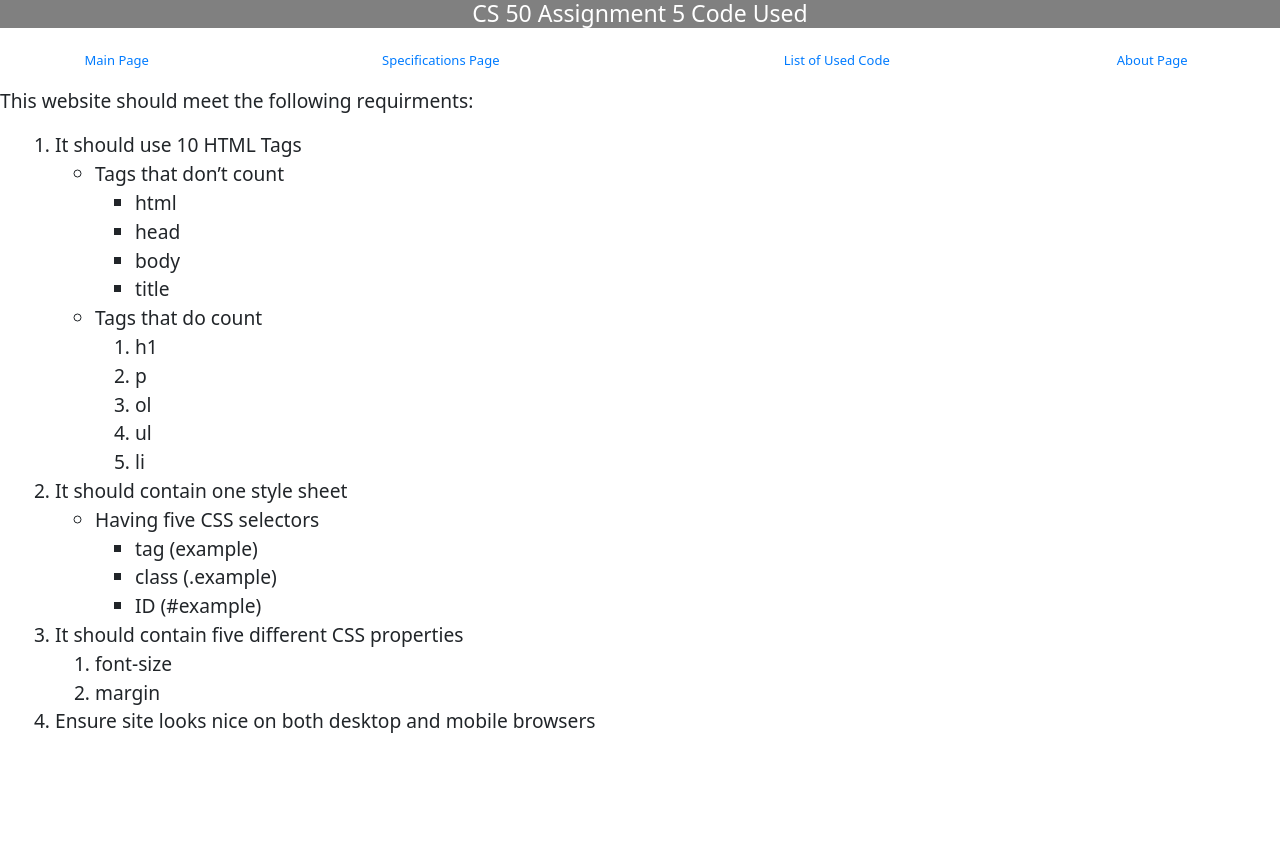
Repository: RSchwinn/cs50
Page: workspace/pset5/homepage/add.html
The author's editor kept a record of every edit. The page is drawn from the files as they stood at one moment, then again after the next edit.
The browser window is 1280 px wide. The pictures show the whole page.

Above is the page before.

### workspace/pset5/homepage/add.html
<!DOCTYPE html>

<html lang="en">
    <head>
        <!-- Required meta tags -->
        <meta charset="utf-8">
        <meta name="viewport" content="width=device-width, initial-scale=1, shrink-to-fit=no">

        <!-- Bootstrap CSS -->
        <link rel="stylesheet" href="https://stackpath.bootstrapcdn.com/bootstrap/4.1.3/css/bootstrap.min.css" integrity="sha384-MCw98/SFnGE8fJT3GXwEOngsV7Zt27NXFoaoApmYm81iuXoPkFOJwJ8ERdknLPMO" crossorigin="anonymous">
        <link href="styles.css" rel="stylesheet">
        <title>CS 50 Assignment 5 Code Used</title>
    </head>
    <body>
        <h1> CS 50 Assignment 5 Code Used</h1>
<table style="width:100%">
  <tr>
<td><a href="index.html">Main Page</a> </td>
<td><a href="specs.html">Specifications Page</a> </td>
<td><a href="add.html">List of Used Code</a> </td>
<td><a href="about.html">About Page</a> </td>
</tr>
</table>
        <p> This website should meet the following requirments:</p>
        <div class = "container-fluid">
            <ol>
                <li>It should use 10 HTML Tags
                    <ul>
                        <li>Tags that don’t count
                            <ul>
                                <li> html </li>
                                <li> head </li>
                                <li> body </li>
                                <li> title </li>
                            </ul>
                        </li>
                        <li> Tags that do count
                            <ol>
                                <li> h1 </li>
                                <li> p </li>
                                <li> ol </li>
                                <li> ul </li>
                                <li> li </li>
                            </ol>
                        </li>
                    </ul>
                </li>
                <li>It should contain one style sheet
                    <ul>
                        <li> Having five CSS selectors
                            <ul>
                                <li> tag (example) </li>
                                <li> class (.example) </li>
                                <li> ID (#example)</li>
                            </ul>
                        </li>
                    </ul>
                </li>
                <li>It should contain five different CSS properties
                    <ol>
                        <li> font-size </li>
                        <li> margin </li>
                    </ol>
                </li>
                <li>
                    Ensure site looks nice on both desktop and mobile browsers
                </li>
            </ol>
        </div>
        </ol>
    <table align = ''>
        <tr>
            <td> 1 </td>
            <td> 2 </td>
            <td> 3 </td>
        </tr>
        <tr>
            <td> 5 </td>
            <td> 10 </td>
            <td> 15 </td>
        </tr>
    </table>

    <script src="https://code.jquery.com/jquery-3.3.1.slim.min.js" integrity="sha384-q8i/X+965DzO0rT7abK41JStQIAqVgRVzpbzo5smXKp4YfRvH+8abtTE1Pi6jizo" crossorigin="anonymous"></script>
    <script src="https://cdnjs.cloudflare.com/ajax/libs/popper.js/1.14.3/umd/popper.min.js" integrity="sha384-ZMP7rVo3mIykV+2+9J3UJ46jBk0WLaUAdn689aCwoqbBJiSnjAK/l8WvCWPIPm49" crossorigin="anonymous"></script>
    <script src="https://stackpath.bootstrapcdn.com/bootstrap/4.1.3/js/bootstrap.min.js" integrity="sha384-ChfqqxuZUCnJSK3+MXmPNIyE6ZbWh2IMqE241rYiqJxyMiZ6OW/JmZQ5stwEULTy" crossorigin="anonymous"></script>
    </body>
</html>

### workspace/pset5/homepage/styles.css
body
{
    font-size: larger;
    font-family: sans;
}

h1
{
    background-color: grey;
    color: white;
    font-size: larger;
    font-family: sans;
    text-align: center;
}

#unique
{
    border: 4px dotted blue;
}

table
{
    border: 1px solid white;
    text-align: center;
    width:100%;
    font-size: small;
}

tr
{
    height: 50px;
}

td
{
    border: 1px solid white;
    color: white;
}

.students
{
    background-color: yellow;
    opacity: 0.7;
}

After the next edit:
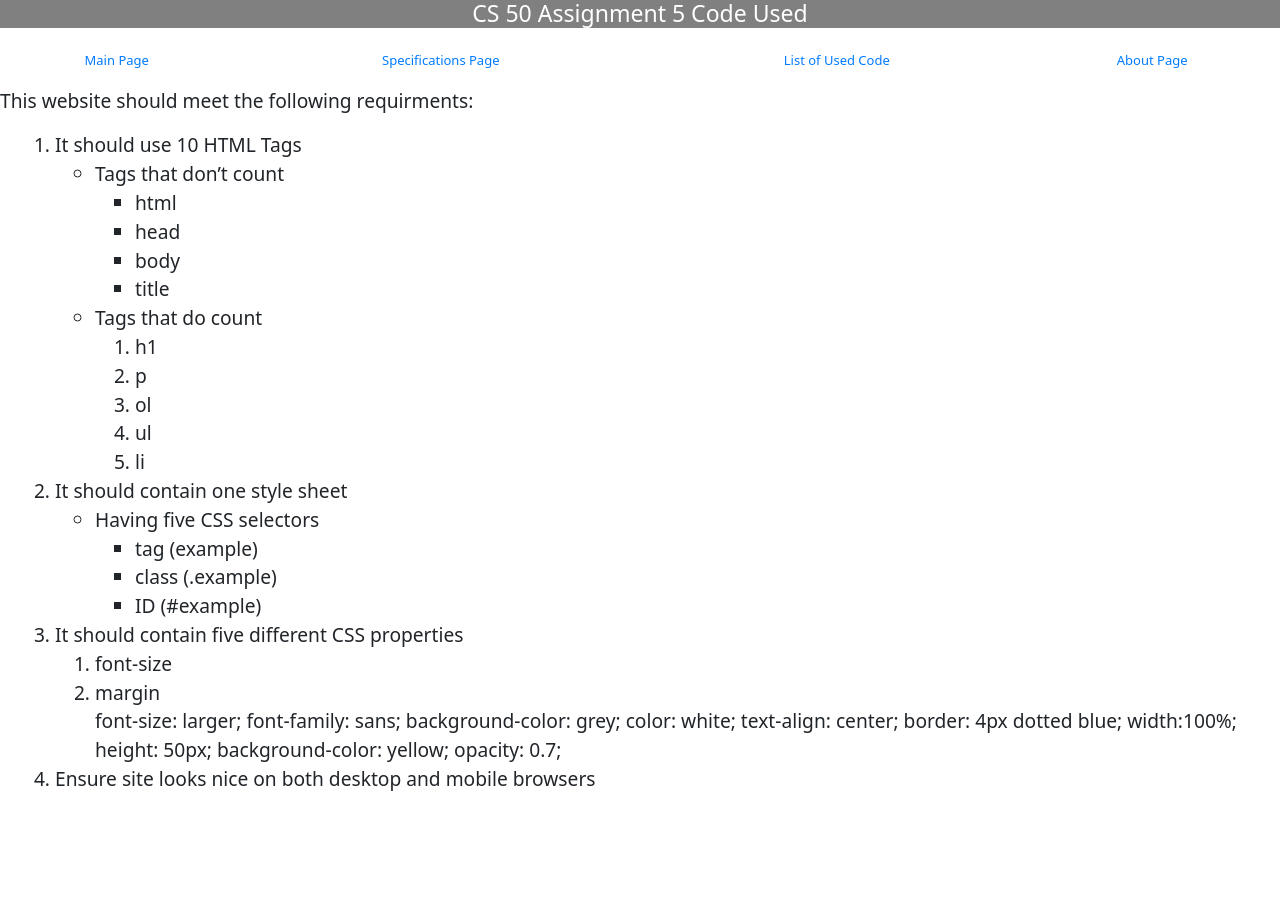
The edit:
--- a/workspace/pset5/homepage/add.html
+++ b/workspace/pset5/homepage/add.html
@@ -60,6 +60,18 @@
                     <ol>
                         <li> font-size </li>
                         <li> margin </li>
+                            font-size: larger;
+    font-family: sans;
+    background-color: grey;
+    color: white;
+
+    text-align: center;
+    border: 4px dotted blue;
+
+    width:100%;
+    height: 50px;
+    background-color: yellow;
+    opacity: 0.7;
                     </ol>
                 </li>
                 <li>
